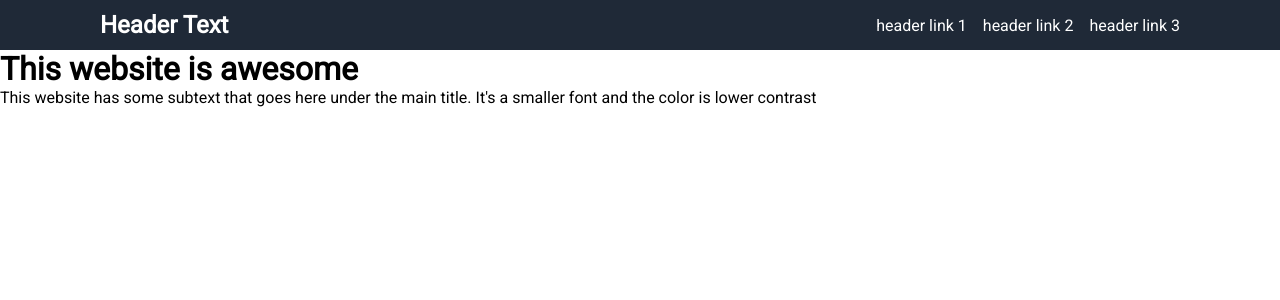
Repository: aaronestre/odin-landingpage
Page: index.html
The author's editor kept a copy of each file at every save. The page is drawn from the files as they stood at one save, then again after the next save.
The browser window is 1280 px wide. The pictures show the whole page.

Above is the page before, as saved 2025-02-12 19:54:59.

### index.html
<!DOCTYPE html>
<html lang="en">
    <head>
        <meta charset="UTF-8" />
        <meta http-equiv="X-UA-Compatible" content="IE=edge" />
        <meta name="viewport" content="width=device-width, initial-scale=1.0" />
        <link rel="stylesheet" href="index.css" />
        <link
            href="http://fonts.googleapis.com/css?family=Roboto"
            rel="stylesheet"
            type="text/css"
        />
        <style>
            body {
                font-family: "Roboto", sans-serif;
            }
        </style>
        <title>Odin Landing Page</title>
    </head>
    <body>
        <div class="header">
            <h1>Header Text</h1>
            <div class="header-right">
                <p>header link 1</p>
                <p>header link 2</p>
                <p>header link 3</p>
            </div>
        </div>
        <div class="hero">
            <div class="hero-left">
                <h1>This website is awesome</h1>
                <p>This website has some subtext that goes here under the main title. It's a smaller font and the color is lower contrast</p>
            </div>
            <div class="hero-right">
            </div>
        </div>
    </body>
</html>

### index.css
* {
    margin: 0;
    padding: 0;
    box-sizing: border-box;
}

.header {
    background-color: #1f2937;
    margin: 0px;
    width: 100%;
    height: 50px;
    color: white;
    font-family: Roboto;
    display: flex;
    justify-content: space-between;
    align-items: center;
}

.header h1 {
    margin-left: 100px;
    font-size: 24px;
}

.header-right {
    margin-right: 100px;
    display: flex;
    justify-content: flex-end;
    gap: 16px;
}

After the next save:
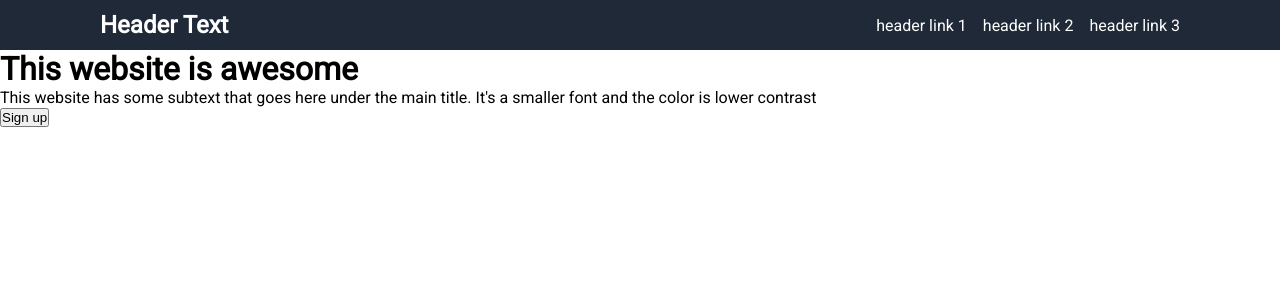
Saved 9 s later.
--- a/index.html
+++ b/index.html
@@ -30,6 +30,7 @@
             <div class="hero-left">
                 <h1>This website is awesome</h1>
                 <p>This website has some subtext that goes here under the main title. It's a smaller font and the color is lower contrast</p>
+                <button>Sign up</button>
             </div>
             <div class="hero-right">
             </div>
